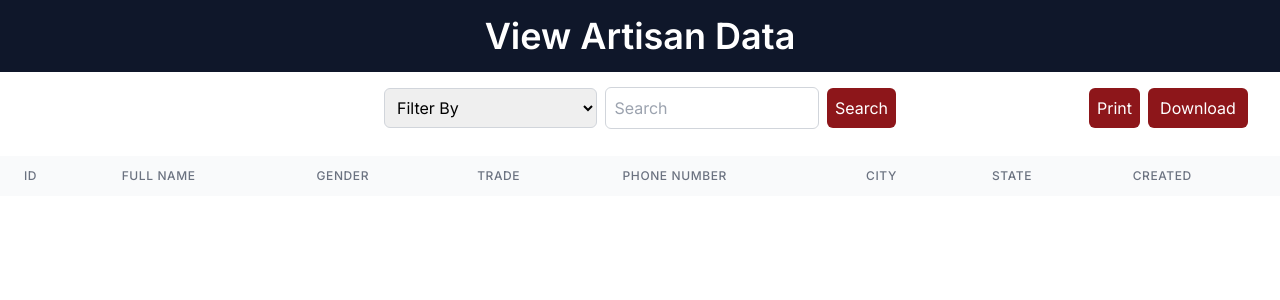
Repository: marcusdashe/artisanindex_frontend
Page: /components/ViewArtisanDataScreen
These files come from the project's save history. The page is drawn as it stood at one moment and after the next save; the edit follows.
The browser window is 1280 px wide. The pictures show the whole page.
The page's requests for data from a server got no answer. The project was rebuilt for these pictures with package versions that can differ from the ones it lists, and the page was loaded fresh each time. The framework's server and built-in components were replaced by stand-ins that run in the browser. No one was signed in, and anything a server would have sent is missing. Also part of the build but not shown: next.config.js.

Above is the page before, as saved 2023-03-08 22:08:53.

### pages/_app.js
import "@/styles/globals.css";
import "core-js/stable";
import "regenerator-runtime/runtime";

export default function App({ Component, pageProps }) {
  return <Component {...pageProps} />;
}

### pages/_document.js
import { Html, Head, Main, NextScript } from "next/document";

export default function Document() {
  return (
    <Html lang="en">
      <Head>
        <link rel="preconnect" href="https://fonts.googleapis.com" />
        <link
          rel="preconnect"
          href="https://fonts.gstatic.com"
          crossOrigin="true"
        />
        <link
          href="https://fonts.googleapis.com/css2?family=Inter:wght@100;200;300;400;500;600&display=swap"
          rel="stylesheet"
        />
      </Head>
      <body>
        <Main />
        <NextScript />
      </body>
    </Html>
  );
}

### pages/components/ViewArtisanDataScreen.js
// import React, { useState } from "react";
// import axios from "axios";
// import ArtisanTable from "./ArtisanTable";

// function ViewArtisanDataScreen() {
//   const [selectedValue, setSelectedValue] = useState("");
//   const [searchInput, setSearchInput] = useState("");
//   const [artisans, setArtisans] = useState([]);

//   const options = [
//     { value: "trade", label: "Trade" },
//     { value: "phone", label: "Phone No." },
//     { value: "state", label: "State" },
//     { value: "gender", label: "Gender" },
//     { value: "fullname", label: "Full Name" },
//     { value: "city", label: "City" },
//   ];

//   const fetchAllArtisanEndpoint = `${process.env.NEXT_PUBLIC_BACKEND_BASE_URL}api/artisan/all`;
//   function handleSelectChange(event) {
//     setSelectedValue(event.target.value);
//   }

//   function handleSearchInputChange(event) {
//     setSearchInput(event.target.value);
//     switch (selectedValue) {
//       case "trade":
//         setArtisans(
//           artisans.filter((artisan) => artisan.trade === searchInput.trim())
//         );
//         break;
//       case "phone":
//         setArtisans(
//           artisans.filter((artisan) => artisan.phone === searchInput.trim())
//         );
//         break;
//       case "state":
//         setArtisans(
//           artisans.filter((artisan) => artisan.state === searchInput.trim())
//         );
//         break;
//       case "gender":
//         setArtisans(
//           artisans.filter((artisan) => artisan.gender === searchInput.trim())
//         );
//         break;
//       case "fullname":
//         setArtisans(
//           artisans.filter((artisan) => artisan.fullname === searchInput.trim())
//         );
//         break;
//       case "city":
//         setArtisans(
//           artisans.filter((artisan) => artisan.city === searchInput.trim())
//         );
//         break;
//       default:
//         console.log("Wrong Search keyword");
//     }
//   }

//   React.useMemo(() => {
//     axios
//       .get(fetchAllArtisanEndpoint)
//       .then((res) => {
//         console.log(res.data);
//         setArtisans(res.data);
//       })
//       .catch((err) => {
//         console.log(err);
//       });
//   }, []);

//   function fetchData() {
//     axios
//       .get(
//         `${process.env.NEXT_PUBLIC_BACKEND_BASE_URL}api/artisan/search?search=${searchInput}&filter=${selectedValue}`
//       )
//       .then((response) => {
//         // Handle the response data
//         setArtisans(response.data);
//         console.log(artisans);
//       })
//       .catch((error) => {
//         // Handle the error
//         console.error(error);
//       });
//   }

//   return (
//     <div className="w-full h-[100vh]">
//       <div className="w-full h-[10vh] bg-slate-900 flex items-center content-center justify-start p-4">
//         <h1 className="text-white">View Artisan Data</h1>
//       </div>
//       <div className="w-full h-[90vh] p-4 overflow-y-scroll overflow-x-hidden">
//         <input
//           type="text"
//           placeholder="Search.."
//           className="bg-slate-200 rounded-md p-3 w-full outline-none active:outline-none"
//           value={searchInput}
//           onChange={handleSearchInputChange}
//         />
//         <select
//           value={selectedValue}
//           onChange={handleSelectChange}
//           className="block w-full py-2 px-3 mt-2 border border-gray-300 rounded-md shadow-sm focus:outline-none focus:ring-[#8D161A] focus:border-[#8D161A] sm:text-sm"
//         >
//           <option value="">--Search by--</option>
//           {options.map((option, idx) => (
//             <option key={idx} value={option.value} className="text-gray-900">
//               {option.label}
//             </option>
//           ))}
//         </select>
//         <button
//           className="bg-[#8D161A] text-white rounded-md py-2 px-4 mt-4 hover:hover:bg-[#4a3e3e] duration-500 focus:outline-none focus:ring-2 focus:ring-blue-500"
//           onClick={fetchData}
//         >
//           Fetch Data
//         </button>
//         {artisans.length > 0 && <ArtisanTable data={artisans} />}
//       </div>
//     </div>
//   );
// }

// export default ViewArtisanDataScreen;

import React, { useState, useEffect } from "react";
import axios from "axios";
import FileSaver from "file-saver";
import ArtisanTable from "./ArtisanTable";

function ViewArtisanDataScreen() {
  const [selectedValue, setSelectedValue] = useState("");
  const [searchInput, setSearchInput] = useState("");
  const [artisans, setArtisans] = useState([]);

  const options = [
    { value: "trade", label: "Trade" },
    { value: "phone", label: "Phone No." },
    { value: "state", label: "State" },
    { value: "gender", label: "Gender" },
    { value: "fullname", label: "Name" },
    { value: "city", label: "City" },
  ];

  const fetchAllArtisanEndpoint = `${process.env.NEXT_PUBLIC_BACKEND_BASE_URL}api/artisan/all`;

  useEffect(() => {
    fetchData();
  }, [selectedValue, searchInput]);

  function handleSelectChange(event) {
    setSelectedValue(event.target.value);
  }

  function handleSearchInputChange(event) {
    setSearchInput(event.target.value);
  }

  const printPage = () => {
    window.print();
  };

  function fetchData() {
    const url =
      selectedValue && searchInput
        ? `${process.env.NEXT_PUBLIC_BACKEND_BASE_URL}api/artisan/search?search=${searchInput}&filter=${selectedValue}`
        : fetchAllArtisanEndpoint;

    axios
      .get(url)
      .then((response) => {
        setArtisans(response.data);
      })
      .catch((error) => {
        console.error(error);
      });
  }

  function downloadArtisan() {
    const url =
      selectedValue &&
      searchInput &&
      `${process.env.NEXT_PUBLIC_BACKEND_BASE_URL}api/artisan/spreadsheet/search?search=${searchInput}&filter=${selectedValue}`;

    axios
      .get(url, { responseType: "blob" })
      .then((response) => {
        let file = new Blob([response.data], {
          type: "application/vnd.ms-excel",
        });
        FileSaver.saveAs(file, "filteredartisans.xlsx");
      })
      .catch((error) => {
        console.error(error);
      });
  }

  const handleClick = () => {
    downloadArtisan();
  };

  return (
    <div className="w-full h-[100vh]">
      <div
        className="w-full h-[10vh] bg-slate-900 flex items-center content-center
justify-center text-white text-4xl font-bold"
      >
        View Artisan Data
      </div>
      <div className="w-full h-[10vh] bg-white flex items-center justify-center">
        <div className="w-[80%] md:w-[60%] lg:w-[40%] flex items-center justify-between">
          <select
            className="w-full p-2 border rounded-md border-gray-300"
            onChange={handleSelectChange}
            value={selectedValue}
          >
            <option value="" disabled selected>
              Filter By
            </option>
            {options.map((option) => (
              <option key={option.value} value={option.value}>
                {option.label}
              </option>
            ))}
          </select>
          <input
            className="w-full p-2 border rounded-md border-gray-300 ml-2"
            type="text"
            placeholder="Search"
            value={searchInput}
            onChange={handleSearchInputChange}
          />
          <button
            className="p-2 bg-[#8D161A] text-white rounded-md ml-2"
            onClick={fetchData}
          >
            Search
          </button>
          <div className="flex flex-row fixed right-8">
            <button
              className="p-2 bg-[#8D161A] text-white rounded-md ml-2"
              onClick={printPage}
            >
              Print
            </button>
            <button
              onClick={handleClick}
              className="p-2 bg-[#8D161A] text-white rounded-md ml-2 w-[100px]"
            >
              Download
            </button>
          </div>
        </div>
      </div>
      <div className="w-full h-[80vh] overflow-scroll">
        <ArtisanTable artisans={artisans} />
      </div>
    </div>
  );
}

export default ViewArtisanDataScreen;

### styles/globals.css
@tailwind base;
@tailwind components;
@tailwind utilities;

@layer base {
  html {
    font-family: "Inter", sans-serif;
  }
}

### pages/components/ArtisanTable.js
import React from "react";

const ArtisanTable = ({ artisans }) => {
  return (
    <table className="min-w-full divide-y divide-gray-200 mt-3">
      <thead className="bg-gray-50">
        <tr>
          <th className="px-6 py-3 text-left text-xs font-medium text-gray-500 uppercase tracking-wider">
            ID
          </th>
          <th className="px-6 py-3 text-left text-xs font-medium text-gray-500 uppercase tracking-wider">
            Full Name
          </th>
          <th className="px-6 py-3 text-left text-xs font-medium text-gray-500 uppercase tracking-wider">
            Gender
          </th>
          <th className="px-6 py-3 text-left text-xs font-medium text-gray-500 uppercase tracking-wider">
            Trade
          </th>
          <th className="px-6 py-3 text-left text-xs font-medium text-gray-500 uppercase tracking-wider">
            Phone Number
          </th>
          <th className="px-6 py-3 text-left text-xs font-medium text-gray-500 uppercase tracking-wider">
            City
          </th>
          <th className="px-6 py-3 text-left text-xs font-medium text-gray-500 uppercase tracking-wider">
            State
          </th>
          <th className="px-6 py-3 text-left text-xs font-medium text-gray-500 uppercase tracking-wider">
            Created
          </th>
        </tr>
      </thead>
      <tbody className="bg-white divide-y divide-gray-200">
        {artisans.map((item) => (
          <tr key={item.id}>
            <td className="px-6 py-4 whitespace-nowrap">{item.id}</td>
            <td className="px-6 py-4 whitespace-nowrap">{item.fullName}</td>
            <td className="px-6 py-4 whitespace-nowrap">{item.gender}</td>
            <td className="px-6 py-4 whitespace-nowrap">{item.trade}</td>
            <td className="px-6 py-4 whitespace-nowrap">{item.phoneNumber}</td>
            <td className="px-6 py-4 whitespace-nowrap">{item.city}</td>
            <td className="px-6 py-4 whitespace-nowrap">{item.state}</td>
            <td className="px-6 py-4 whitespace-nowrap">
              {new Date(item.created).toUTCString().substring(0, 16)}
            </td>
          </tr>
        ))}
      </tbody>
    </table>
  );
};

export default ArtisanTable;

### tailwind.config.js
/** @type {import('tailwindcss').Config} */

module.exports = {
  content: [
    "./pages/**/*.{js,ts,jsx,tsx}",
    "./components/**/*.{js,ts,jsx,tsx}",
  ],
  theme: {
    extend: {},
  },
  plugins: [],
};

After the next save:
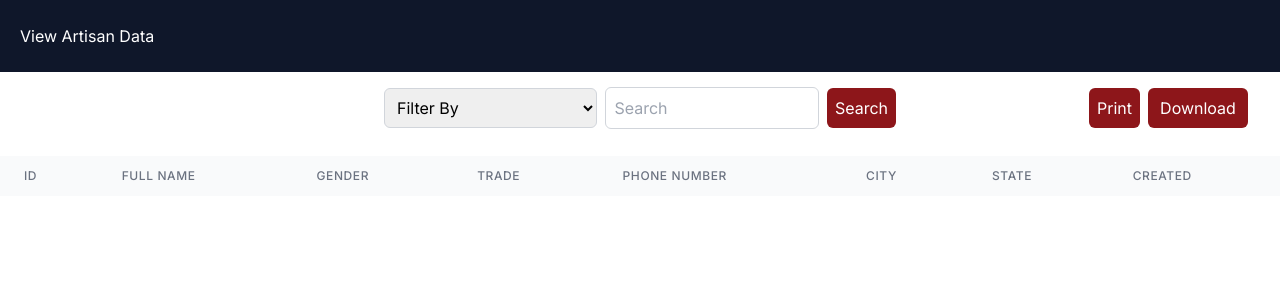
Saved 2 min 44 s later.
--- a/pages/components/ViewArtisanDataScreen.js
+++ b/pages/components/ViewArtisanDataScreen.js
@@ -204,10 +204,7 @@ function ViewArtisanDataScreen() {
 
   return (
     <div className="w-full h-[100vh]">
-      <div
-        className="w-full h-[10vh] bg-slate-900 flex items-center content-center
-justify-center text-white text-4xl font-bold"
-      >
+      <div className="w-full h-[10vh] bg-slate-900 flex items-center content-center justify-start text-white p-5">
         View Artisan Data
       </div>
       <div className="w-full h-[10vh] bg-white flex items-center justify-center">
